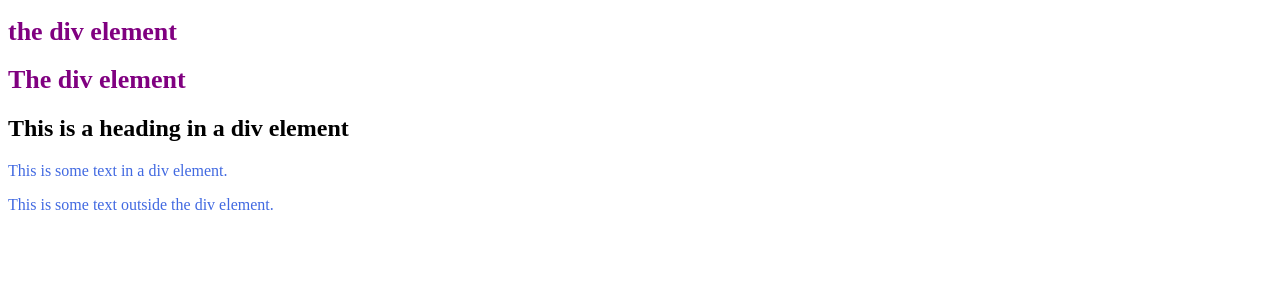
Repository: Fariaddd/codefactor-stylesheet
Page: index.html
The author's editor kept a copy of each file at every save. The page is drawn from the files as they stood at one save, then again after the next save.
The browser window is 1280 px wide. The pictures show the whole page.

Above is the page before, as saved 2021-11-17 19:39:08.

After the next save:
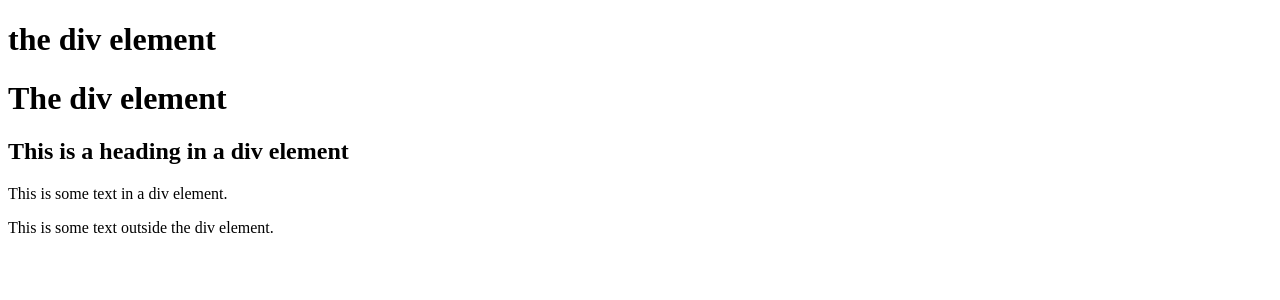
Saved 7 s later.
--- a/styles/styles.css
+++ b/styles/styles.css
@@ -1,9 +1 @@
 body h1 {
-  font-size: 26px;
-  color: purple;
-}
-
-p {
-  font-size: 16px;
-  color: royalblue;
-}
